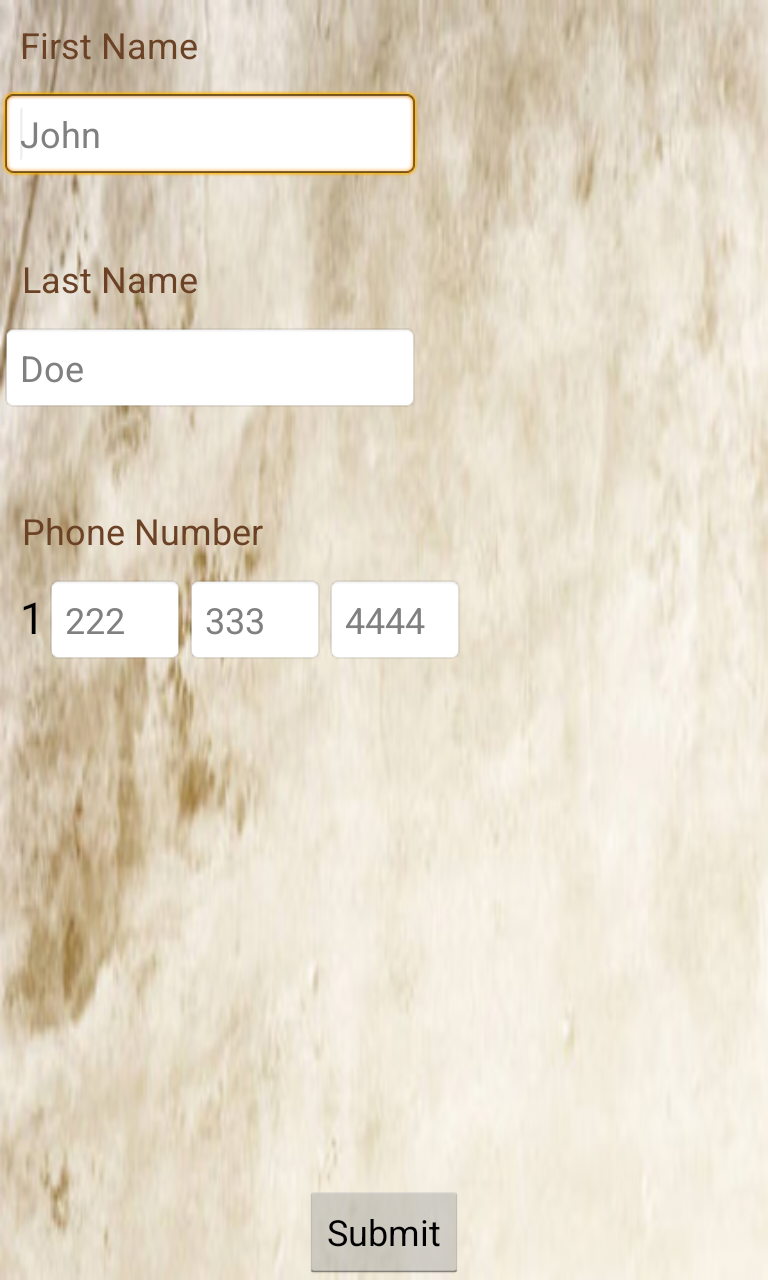
Repository: kenshiryu7/mdv-projects
Layout: Java_2/Java2_w3/res/layout/addview.xml
An editor plug-in stored every save of this project. The layout is shown before and after the next save, followed by the edit.
It is drawn on a 768 x 1280 px phone screen (xhdpi) without system bars, with theme AppTheme; the app's code is not run.

Above is the layout before, as saved 2012-12-04 03:27:00.

After the next save:
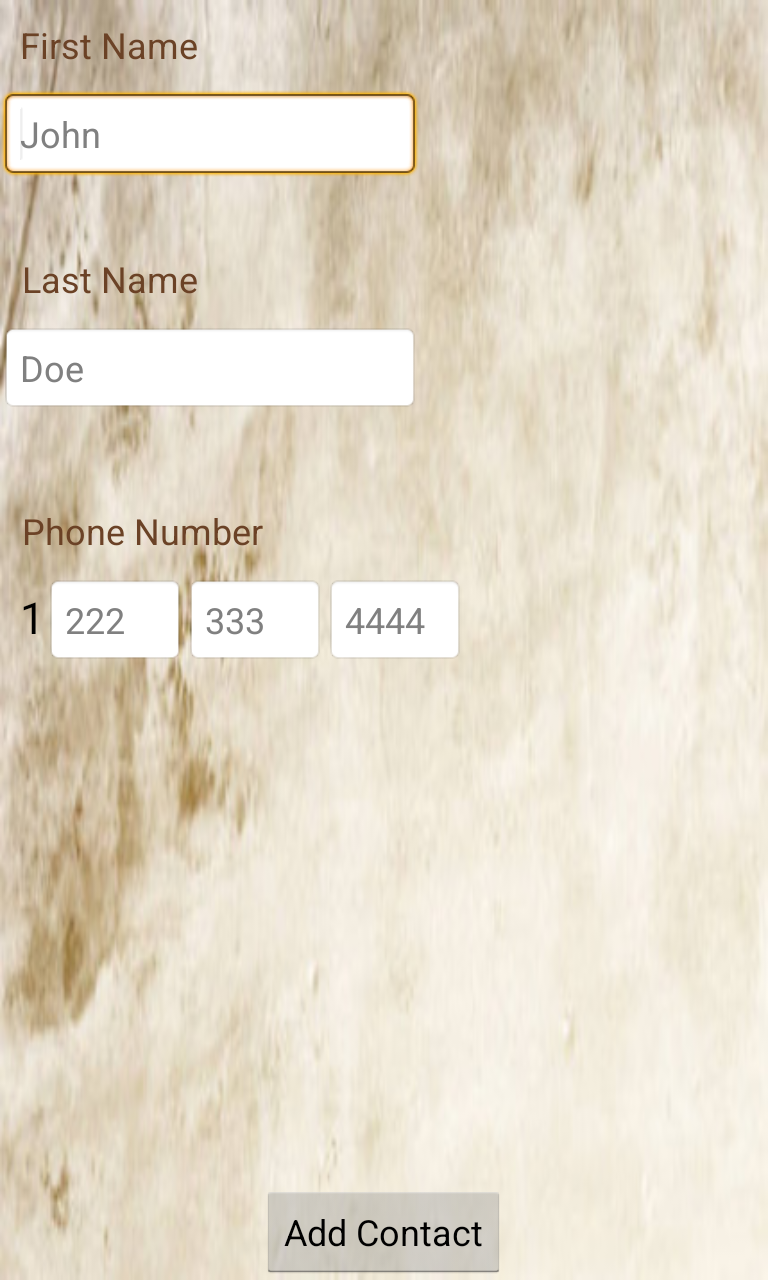
Saved 63 s later.
--- a/Java_2/Java2_w3/res/values/strings.xml
+++ b/Java_2/Java2_w3/res/values/strings.xml
@@ -11,7 +11,7 @@
     <string name="hint_name">John</string>
     <string name="main_last">Last Name</string>
     <string name="hint_last">Doe</string>
-    <string name="button_text">Submit</string>
+    <string name="button_text">Add Contact</string>
     <string name="phone_num">Phone Number</string>
     <string name="phone_hint1">222</string>
     <string name="phone_hint2">333</string>
